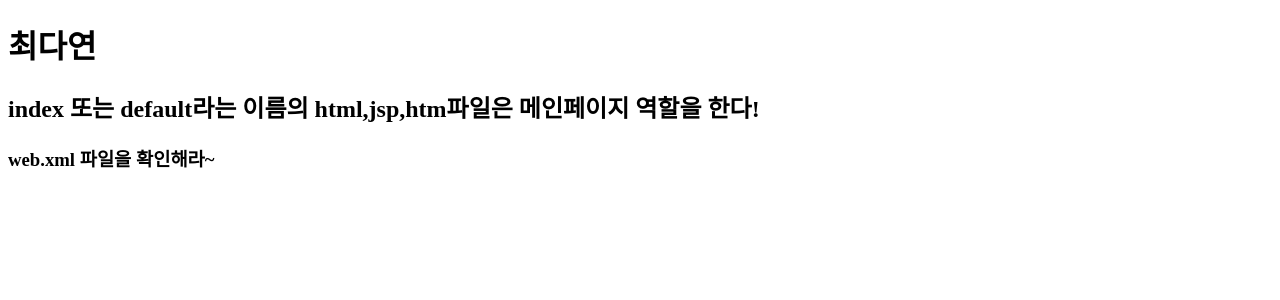
Repository: ana80202/05_Server
Page: ServletProject/src/main/webapp/index.html
The author's editor kept a copy of each file at every save. The page is drawn from the files as they stood at one save, then again after the next save.
The browser window is 1280 px wide. The pictures show the whole page.

Above is the page before, as saved 2024-03-21 02:17:44.

### ServletProject/src/main/webapp/index.html
<!DOCTYPE html>  <!-- !+ enter치면 됨 -->  <!-- 주석 단축키 : ctrl + / -->
<html lang="en">

<head>
    <meta charset="UTF-8">
    <meta name="viewport" content="width=device-width, initial-scale=1.0">
    <title>Servlet 프로젝트</title>
</head>

<body>
    <h1>최다연</h1>
    <h2>index 또는 default라는 이름의 html,jsp,htm파일은 메인페이지 역할을 한다!</h2>
    <h3>web.xml 파일을 확인해라~</h3>
</body>
</html>

After the next save:
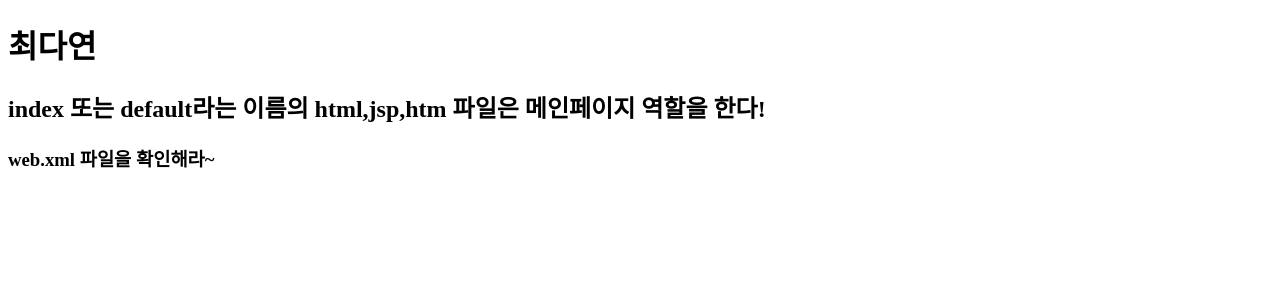
Saved 3 min 28 s later.
--- a/ServletProject/src/main/webapp/index.html
+++ b/ServletProject/src/main/webapp/index.html
@@ -9,7 +9,7 @@
 
 <body>
     <h1>최다연</h1>
-    <h2>index 또는 default라는 이름의 html,jsp,htm파일은 메인페이지 역할을 한다!</h2>
+    <h2>index 또는 default라는 이름의 html,jsp,htm 파일은 메인페이지 역할을 한다!</h2>
     <h3>web.xml 파일을 확인해라~</h3>
 </body>
 </html>
